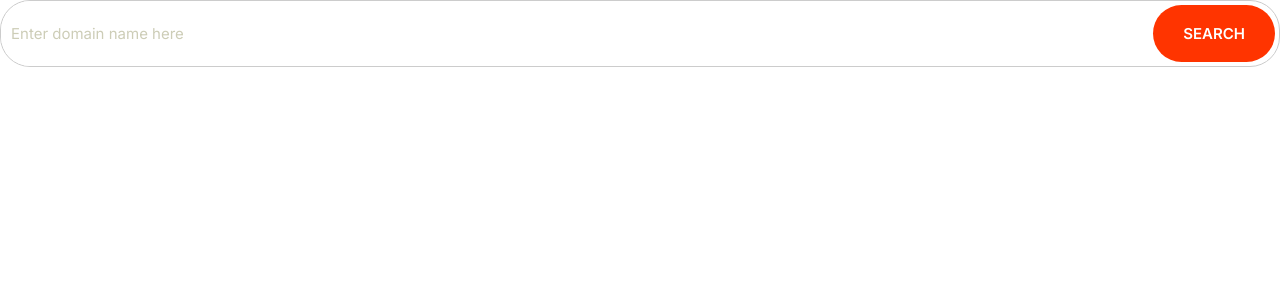
Repository: Qiwenweiii/CodeWithMosh
Page: index.html
An editor plug-in stored every save of this project. The page is shown before and after the next save, followed by the edit.
The browser window is 1280 px wide. The pictures show the whole page.

Above is the page before, as saved 2021-11-11 21:41:13.

### index.html
<!DOCTYPE html>
<html>

<head>
    <title>CodeWithMosh</title>
    <meta charset="UTF-8" />

    <link rel="preconnect" href="https://fonts.googleapis.com" />
    <link rel="preconnect" href="https://fonts.gstatic.com" crossorigin />
    <link href="https://fonts.googleapis.com/css2?family=Inter:wght@400;600;700&display=swap" rel="stylesheet" />

    <link rel="stylesheet" href="./styles/normalize.css" />
    <link rel="stylesheet" href="./styles/styles.css" />
</head>

<body>
    <div class="input-group">
        <input type="text" class="input" placeholder="Enter domain name here" />
        <button class="btn btn--accent">Search</button>
    </div>
</body>

</html>

### styles/styles.css
:root {
    /* 定义配色变量 */
    /* 主体配色 */
    --color-primary: #2584ff;
    --color-secondary: #00d9ff;
    --color-accent: #ff3400;
    /* 文本配色 */
    --color-headings: #1b0760;
    --color-body: #918ca4;
    --color-border: #ccc;
    --border-radius: 30px;
}

*,
*::before,
*::after {
    box-sizing: border-box;
}


/* 字体配置 */


/* 设置默认字体大小 */

html {
    /* 默认字体大小是16px，62.5%是10px */
    font-size: 62.5%;
}


/* 设置字体，字体大小和文本颜色 */

body {
    font-family: Inter, Arial, Helvetica, sans-serif;
    color: var(--color-body);
    font-size: 2.4rem;
    line-height: 1.5;
}

h1,
h2,
h3 {
    color: var(--color-headings);
    margin-bottom: 1rem;
}

h1 {
    font-size: 7rem;
}

h2 {
    font-size: 4rem;
}

h3 {
    font-size: 3rem;
}

p {
    margin-top: 0;
}


/* PC端页面字体大小 */

@media screen and (min-width: 1024px) {
    body {
        font-size: 1.8rem;
    }
    h1 {
        font-size: 8rem;
    }
    h3 {
        font-size: 2.4rem;
    }
}


/* 链接配置,Links */

a {
    text-decoration: none;
}

.link-arrow {
    color: var(--color-accent);
    text-transform: uppercase;
    font-size: 2rem;
    font-weight: bold;
}

.link-arrow::after {
    content: "-->";
    margin-left: 5px;
    transition: margin 0.15s;
}

.link-arrow:hover::after {
    margin-left: 10px;
}

@media screen and (min-width: 1024px) {
    .link-arrow {
        font-size: 1.5rem;
    }
}


/* 标签的样式 */


/* 结构 */

.badge {
    border-radius: 20px;
    padding: 0.5rem 2rem;
    font-weight: 600;
    font-size: 2rem;
    white-space: nowrap;
}


/* 外观，常规标签 */

.badge--primary {
    background: var(--color-primary);
    color: #fff;
}

.badge--secondary {
    background: var(--color-secondary);
    color: #fff;
}


/* 小标签 */

.badge--small {
    font-size: 1.6rem;
}

@media screen and (min-width: 1024px) {
    .badge {
        font-size: 1.5rem;
    }
    .badge--small {
        font-size: 1.2rem;
    }
}


/* 列表 */

.list {
    list-style: none;
    padding-left: 0;
    color: var(--color-headings);
}

.list--inline .list__item {
    display: inline-block;
    margin-right: 2rem;
}

.list--tick {
    padding-left: 3rem;
    list-style-image: url(../images/tick.svg);
}

.list--tick .list__item {
    padding-left: 0.5rem;
    margin-bottom: 1rem;
}

@media screen and (min-width: 1024px) {
    .list--tick .list__item {
        padding-left: 0;
    }
}


/* Icon，图标 */

.icon-container {
    display: flex;
    justify-content: center;
    align-items: center;
    background: #f3f9fa;
    width: 64px;
    height: 64px;
    border-radius: 100%;
}

.icon {
    width: 40px;
    height: 40px;
}

.icon--primary {
    fill: var(--color-primary);
}


/* 按钮组件 */

.btn {
    font-size: 1.8rem;
    font-weight: 600;
    text-transform: uppercase;
    text-align: center;
    padding: 2rem 3rem;
    margin: 1rem 0;
    border: 0;
    border-radius: 40px;
    cursor: pointer;
    white-space: nowrap;
}

.btn--primary {
    background-color: var(--color-primary);
    color: #fff;
}

.btn--primary:hover {
    background-color: #3a8ffd;
}

.btn--secondary {
    background-color: var(--color-secondary);
    color: #fff;
}

.btn--secondary:hover {
    background-color: #00c8eb;
}

.btn--accent {
    background-color: var(--color-accent);
    color: #fff;
}

.btn--accent:hover {
    background-color: #ec3000;
}

.btn--outline {
    background-color: #fff;
    color: var(--color-headings);
    border: 2px solid var(--color-headings);
}

.btn--outline:hover {
    background-color: var(--color-headings);
    color: #fff;
}

.btn--block {
    width: 100%;
    display: inline-block;
}

@media screen and (min-width: 1024px) {
    .btn {
        font-size: 1.5rem;
    }
}


/* 输入框组件 */

.input {
    padding: 1.5rem 3.5rem;
    border: 1px solid var(--color-border);
    border-radius: var(--border-radius);
    outline: none;
    color: var(--color-headings);
    font-size: 2rem;
}

::placeholder {
    color: #cdcdb7;
}

.input-group {
    display: flex;
    border: 1px solid var(--color-border);
    border-radius: var(--border-radius);
}

.input-group .input {
    border: 0;
    flex-grow: 1;
    /* 按钮在左侧时，或者左侧有其他内容时新增这一句 */
    padding: 1.5rem 1rem;
}

.input-group .btn {
    margin: 4px;
}

@media screen and (min-width: 1024px) {
    .input {
        font-size: 1.5rem;
    }
}

Loaded but not shown: styles/normalize.css (library)

After the next save:
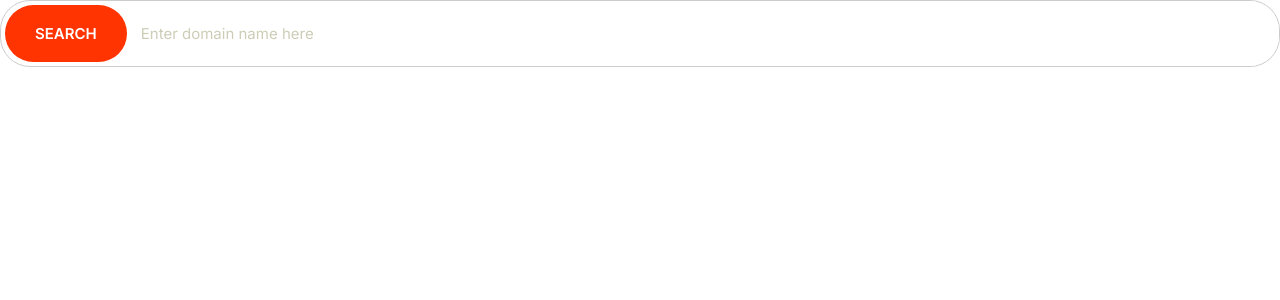
Saved 41 s later.
--- a/index.html
+++ b/index.html
@@ -15,8 +15,8 @@
 
 <body>
     <div class="input-group">
+        <button class="btn btn--accent">Search</button>
         <input type="text" class="input" placeholder="Enter domain name here" />
-        <button class="btn btn--accent">Search</button>
     </div>
 </body>
 
